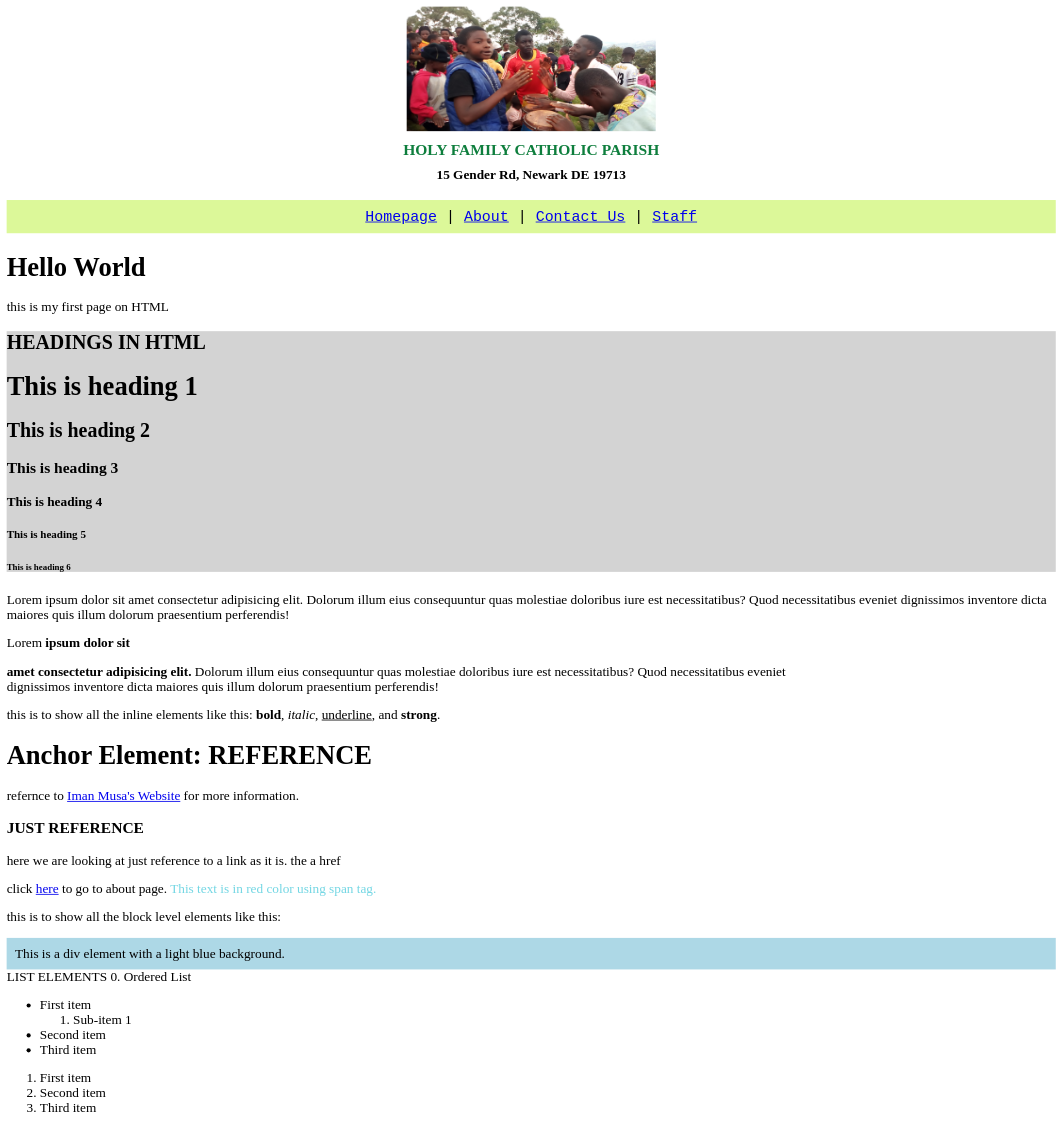
Repository: ficotims/HTML-RESTART
Page: Homepage.html
These files come from the project's save history. The page is drawn as it stood at one moment and after the next save; the edit follows.
The browser window is 1280 px wide. The pictures show the whole page, at 83% of full size.

Above is the page before, as saved 2026-02-07 18:37:46.

After the next save:
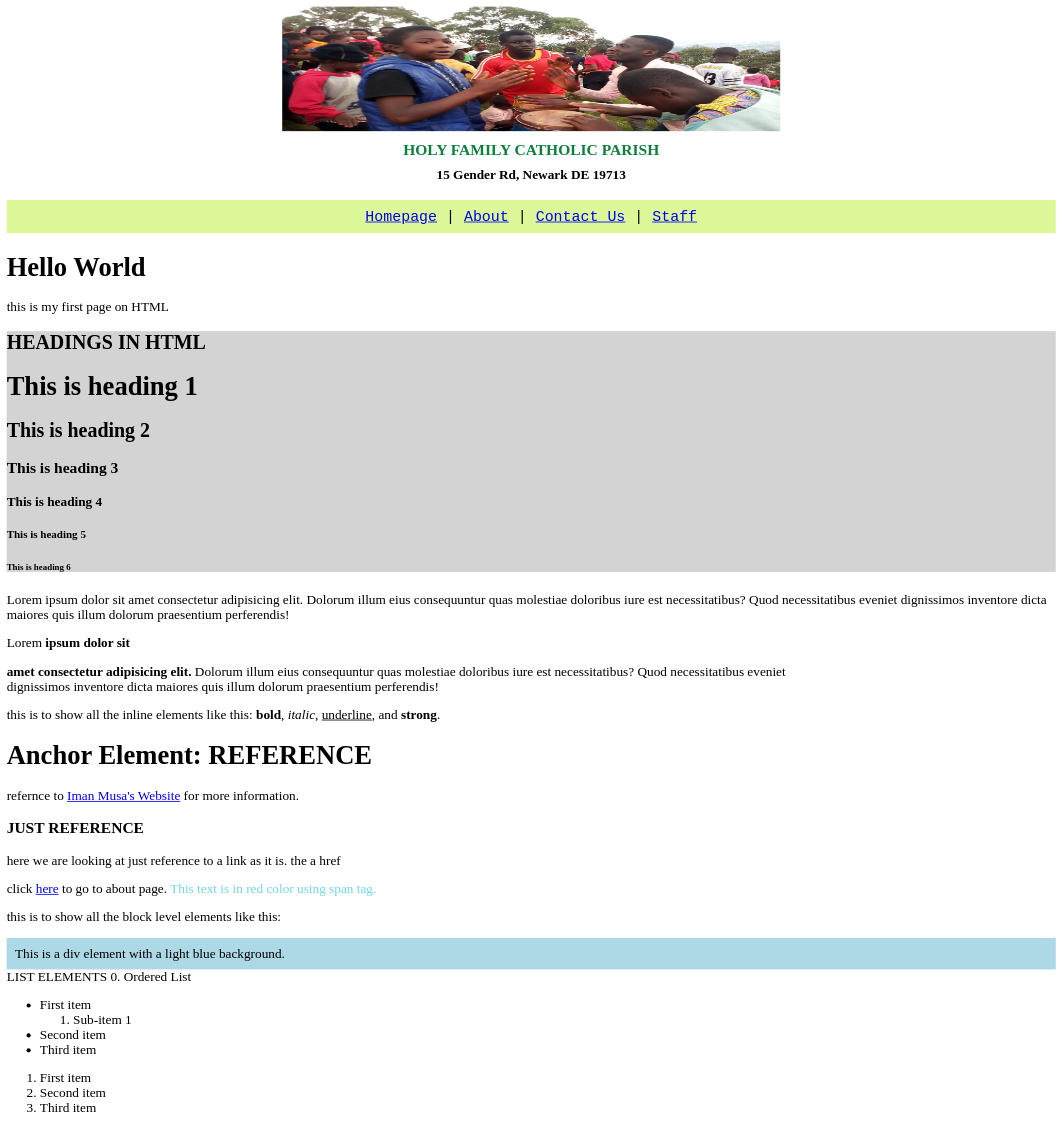
Saved 28 s later.
--- a/Homepage.html
+++ b/Homepage.html
@@ -10,7 +10,7 @@
       <img
         src="images/Acension.jpg"
         alt="Catholic Church Logo"
-        width="300"
+        width="600"
         height="150"
       />
     <h3><span style="color: rgb(14, 126, 61);"><div style="line-height: 0;">HOLY FAMILY CATHOLIC PARISH</b></span></h3>

After the save that followed:
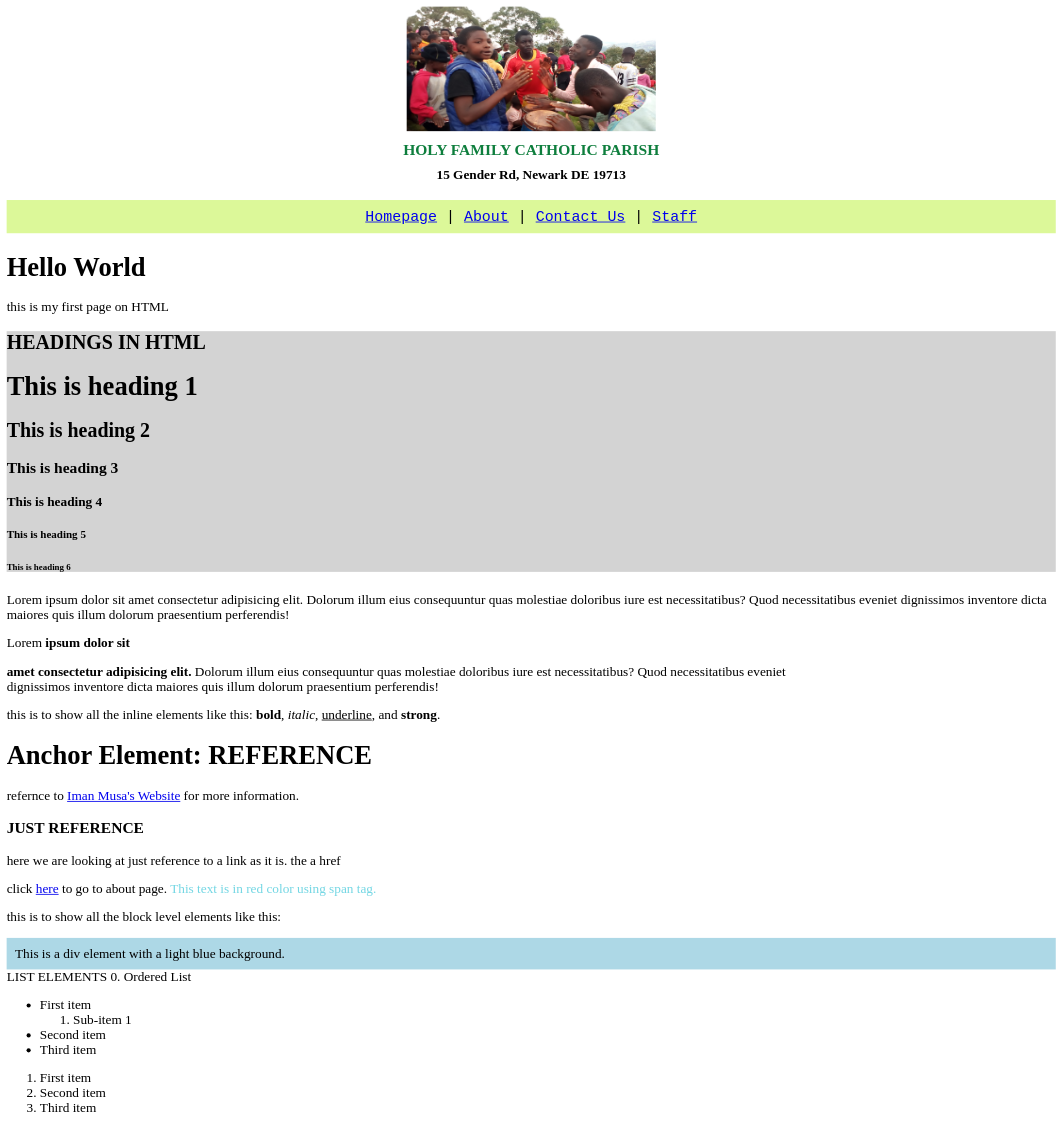
Saved 14 s later.
--- a/Homepage.html
+++ b/Homepage.html
@@ -10,7 +10,7 @@
       <img
         src="images/Acension.jpg"
         alt="Catholic Church Logo"
-        width="600"
+        width="300"
         height="150"
       />
     <h3><span style="color: rgb(14, 126, 61);"><div style="line-height: 0;">HOLY FAMILY CATHOLIC PARISH</b></span></h3>
